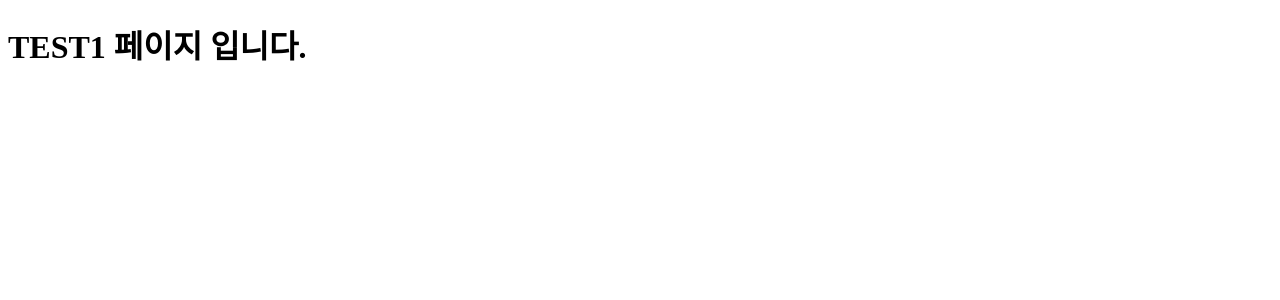
Repository: JWbase/Web_JAVA
Page: web-workspace/01_firstProject/src/main/webapp/test/test1.html
An editor plug-in stored every save of this project. The page is shown before and after the next save, followed by the edit.
The browser window is 1280 px wide. The pictures show the whole page.

Above is the page before, as saved 2022-08-29 05:34:39.

### web-workspace/01_firstProject/src/main/webapp/test/test1.html
<!DOCTYPE html>
<html>
<head>
<meta charset="UTF-8">
<title>Insert title here</title>
</head>
<body>
	<h1>TEST1 페이지 입니다.</h1>
</body>
</html>

After the next save:
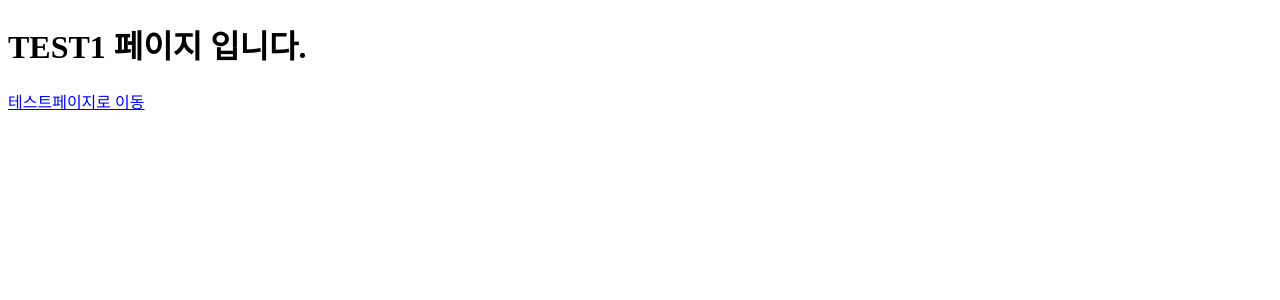
Saved 6 min 24 s later.
--- a/web-workspace/01_firstProject/src/main/webapp/test/test1.html
+++ b/web-workspace/01_firstProject/src/main/webapp/test/test1.html
@@ -6,5 +6,6 @@
 </head>
 <body>
 	<h1>TEST1 페이지 입니다.</h1>
+	<a href="/test/test1.html">테스트페이지로 이동</a>
 </body>
 </html>
